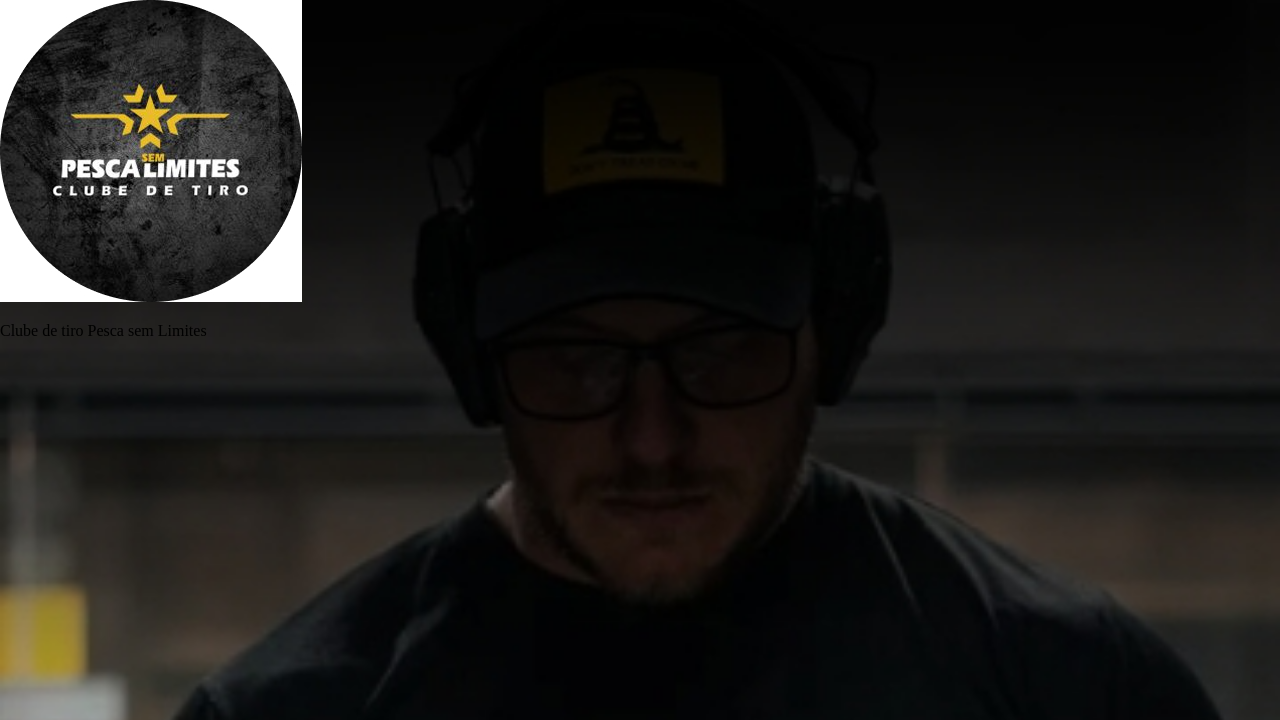
Repository: Fr4nc021/LinkPages-PescasemLimites
Page: index.html
The author's editor kept a copy of each file at every save. The page is drawn from the files as they stood at one save, then again after the next save.
The browser window is 1280 px wide. The pictures show the whole page.

Above is the page before, as saved 2025-02-27 21:49:34.

### index.html
<!DOCTYPE html>
<html lang="pt-br">
<head>
    <link rel="stylesheet" href="style.css">
    <meta charset="UTF-8">
    <meta name="viewport" content="width=device-width, initial-scale=1.0">
    <title>LinkPage</title>
</head>
<body>
    <div id="profile">
        <img src="./midia/logo_clube_de_tiro.jpg"
        alt="Logo Pesca sem Limites Clube de tiro">
        <p>Clube de tiro Pesca sem Limites</p>
    </div>

</body>
</html>

### style.css
body {
    background: url(./midia/Foto_fundo_mobile.jpg) no-repeat center center/cover;
    height: 100vh; /* Garante que o body ocupe 100% da altura da tela */
    margin: 0; /* Remove margens padrão */
    padding: 0; /* Remove padding padrão */
}

/* body {
    background: url(./midia/Foto_fundo_mobile.jpg) no-repeat top center/cover;
}

#profile img {
    width: 112px;
    display: block;
    margin: auto;
    border-radius: 50%; /* Deixa a imagem redonda */



}

After the next save:
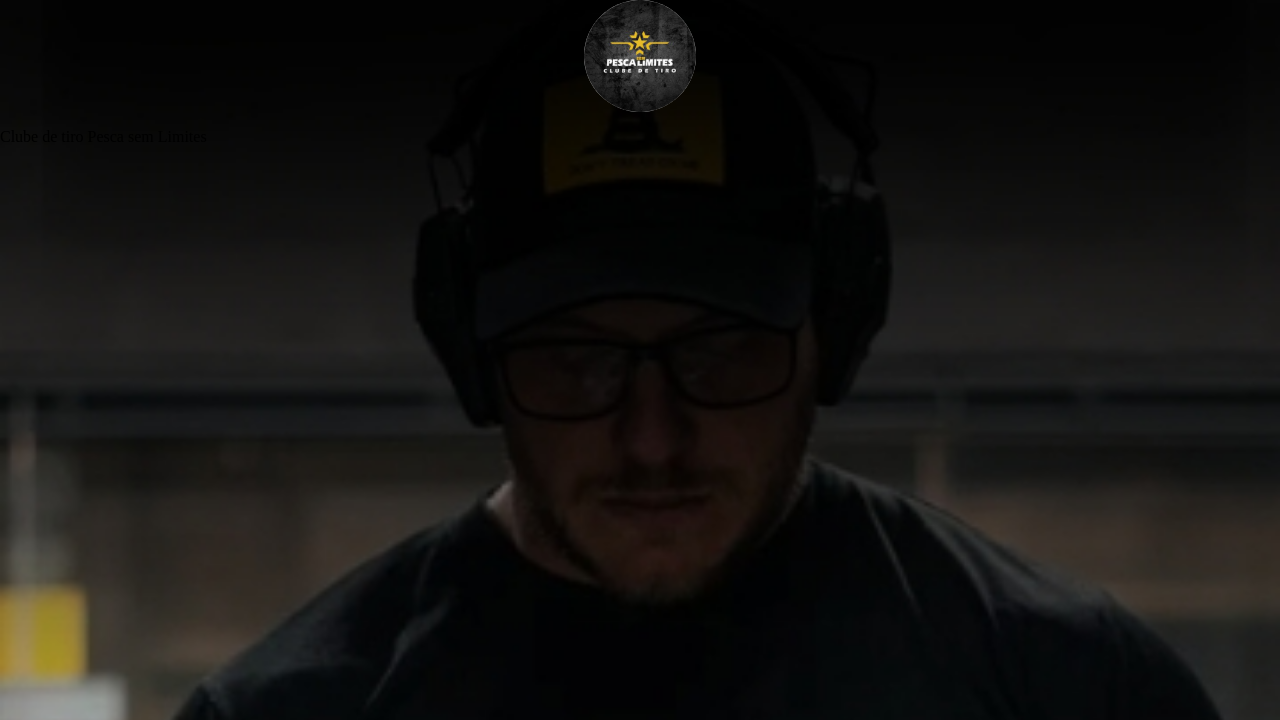
Saved 23 s later.
--- a/style.css
+++ b/style.css
@@ -4,11 +4,6 @@
     margin: 0; /* Remove margens padrão */
     padding: 0; /* Remove padding padrão */
 }
-
-/* body {
-    background: url(./midia/Foto_fundo_mobile.jpg) no-repeat top center/cover;
-}
-
 #profile img {
     width: 112px;
     display: block;
